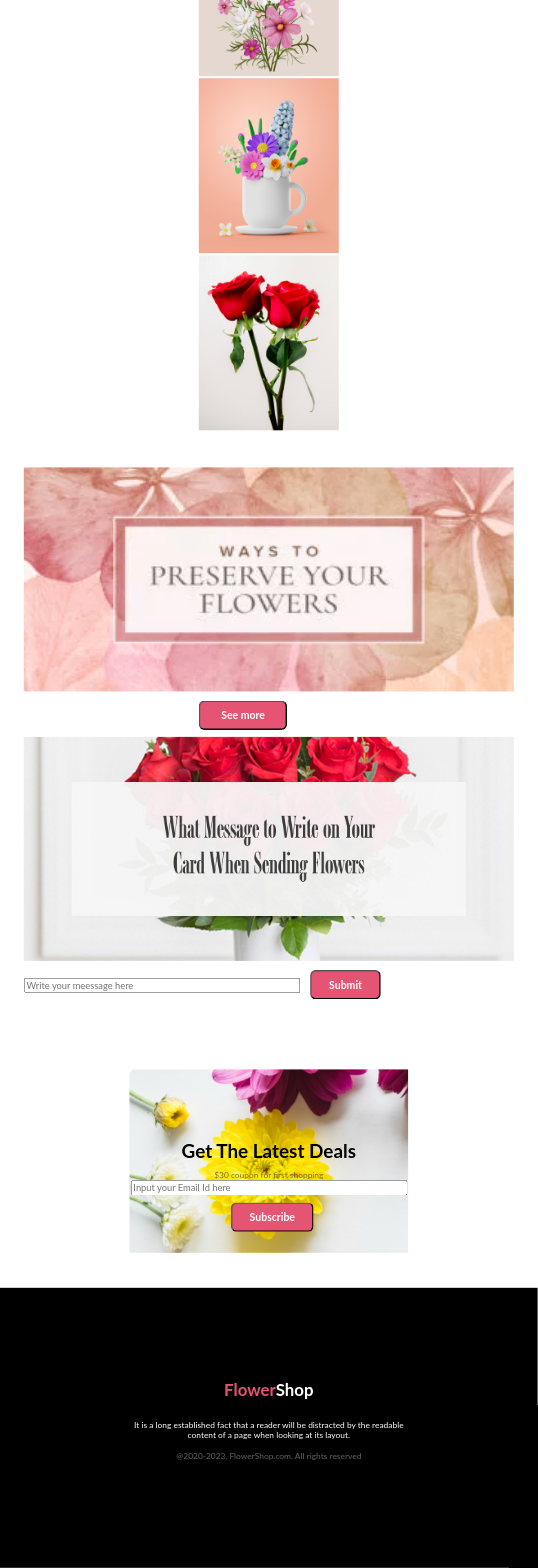
Repository: sadiaafsana138/Flower-Shop_Responsive
Page: index.html
These files come from the project's save history. The page is drawn as it stood at one moment and after the next save; the edit follows.
The browser window is 768 px wide. The pictures show the part of the page from y = 3074 to 5314 px (the page is 5314 px tall before and 5294 px after), at 70% of full size.

Above is the page before, as saved 2023-09-07 06:17:03.

After the next save:
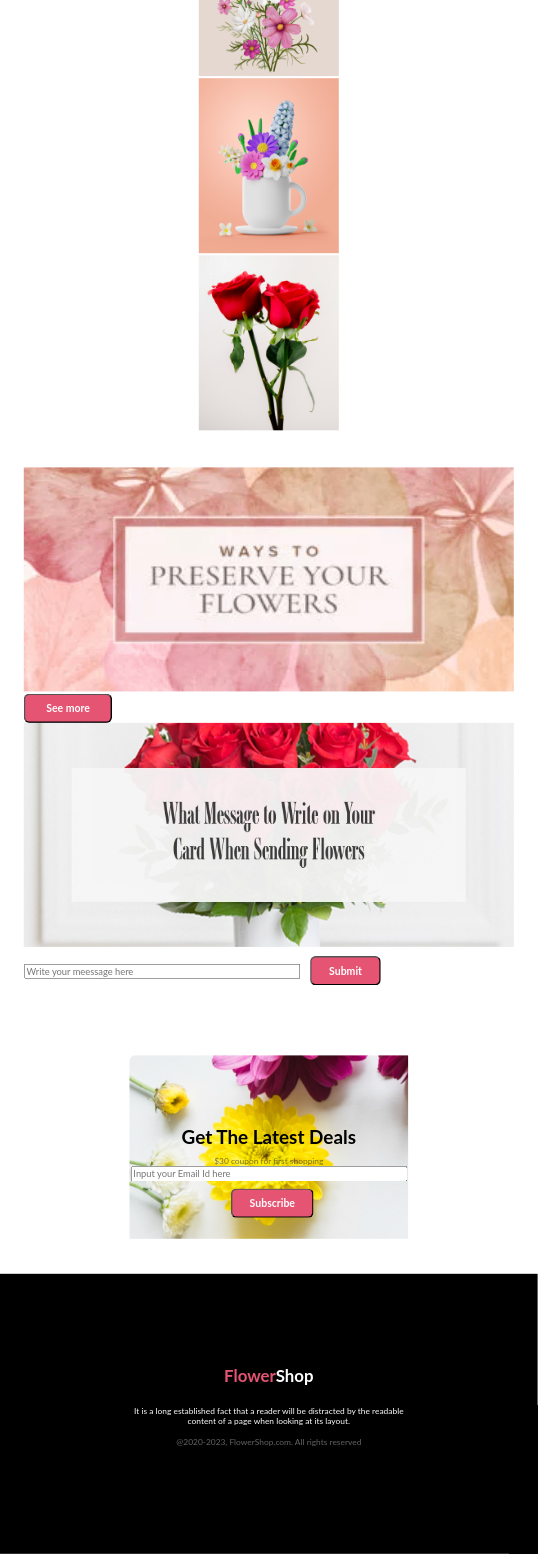
Saved 14 s later.
--- a/Flower.css
+++ b/Flower.css
@@ -229,7 +229,7 @@
         margin: 10px 0px 0px 10px;
     }
     .ways{
-        margin: 10px 250px ;
+        margin: auto ;
     }
 
 }
